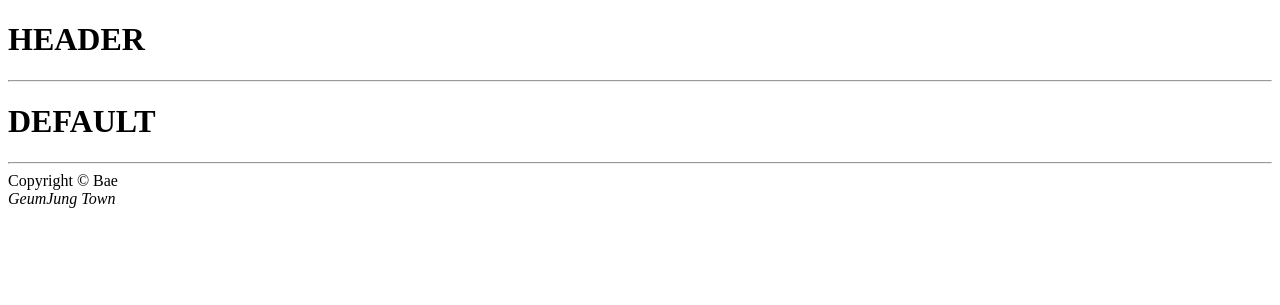
Repository: gitgw016/jsp
Page: http://localhost/08_include/
The author's editor kept a copy of each file at every save. The page is drawn from the files as they stood at one save, then again after the next save.
The browser window is 1280 px wide. The pictures show the whole page.
The page is served by Tomcat 9.

Above is the page before, as saved 2021-12-08 05:21:57.

After the next save:
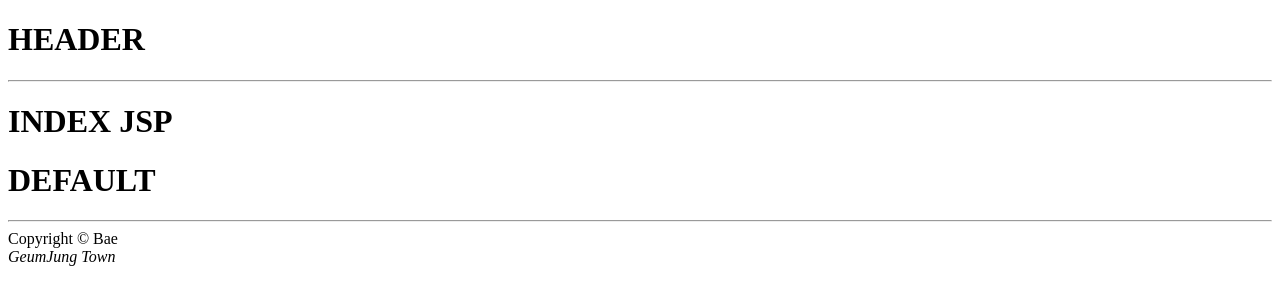
Saved 10 s later.
--- a/08_include/src/main/webapp/index.jsp
+++ b/08_include/src/main/webapp/index.jsp
@@ -8,6 +8,7 @@
 </head>
 <body>
 	<%@ include file="common/header.jsp" %>
+	<h1> INDEX JSP</h1>
 	<%@ include file="default.jsp" %>
 	<%@ include file="common/footer.jsp" %>
 </body>
